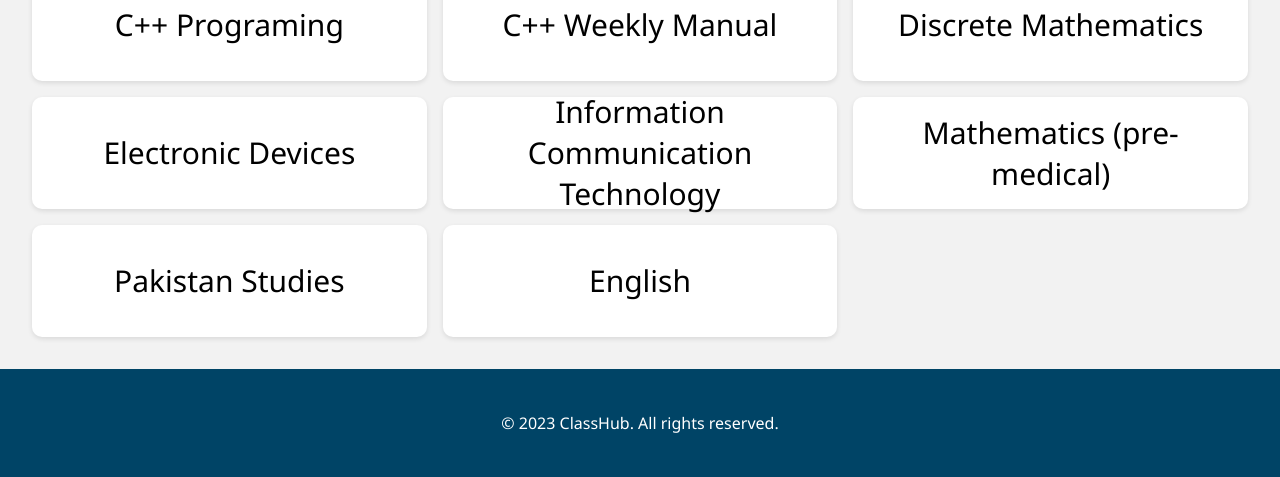
Repository: MariamSawera/eduNova
Page: semester1.html
The author's editor kept a copy of each file at every save. The page is drawn from the files as they stood at one save, then again after the next save.
The browser window is 1280 px wide. The pictures show the part of the page from y = 443 to 1395 px (the page is 920 px tall before and 1395 px after).

Above is the page before, as saved 2025-07-21 22:45:51.

After the next save:
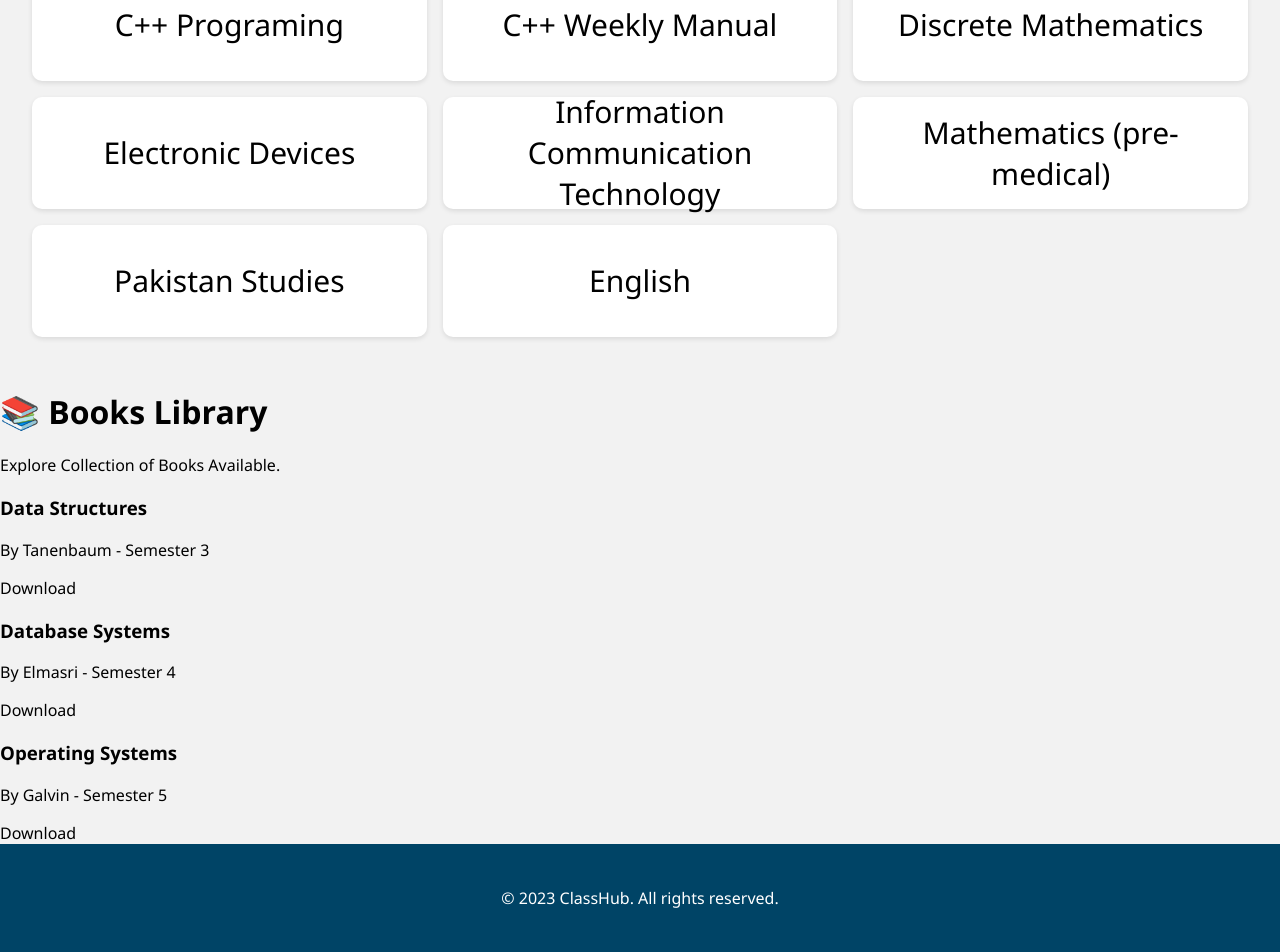
Saved 3 min 53 s later.
--- a/semester1.html
+++ b/semester1.html
@@ -41,6 +41,31 @@
     </div>
 
 
+    <h1>📚 Books Library</h1>
+    <p>
+        Explore Collection of Books Available.
+
+    </p>
+
+    <div class="book-grid">
+    <div class="book-card">
+      <h3>Data Structures</h3>
+      <p>By Tanenbaum - Semester 3</p>
+      <a href="link-to-pdf" target="_blank">Download</a>
+    </div>
+    <div class="book-card">
+      <h3>Database Systems</h3>
+      <p>By Elmasri - Semester 4</p>
+      <a href="link-to-pdf" target="_blank">Download</a>
+    </div>
+    <div class="book-card">
+      <h3>Operating Systems</h3>
+      <p>By Galvin - Semester 5</p>
+      <a href="link-to-pdf" target="_blank">Download</a>
+    </div>
+    <!-- Add more books similarly -->
+
+
 
 
 
